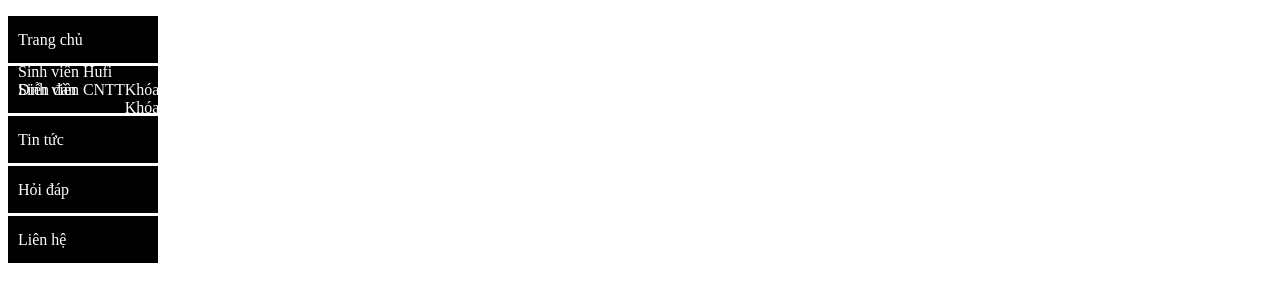
Repository: Tan-Khang21/TH_TKW--Buoi_08
Page: Bai_Tap_Tren_Lop/Bai_02_main/Bai_02_main.html
These files come from the project's save history. The page is drawn as it stood at one moment and after the next save; the edit follows.
The browser window is 1280 px wide. The pictures show the whole page.

Above is the page before, as saved 2024-03-13 16:08:26.

After the next save:
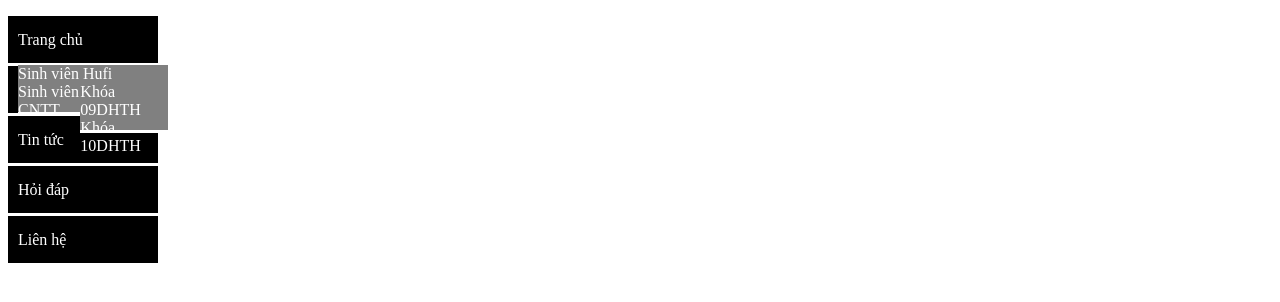
Saved 64 s later.
--- a/Bai_Tap_Tren_Lop/Bai_02_main/style.css
+++ b/Bai_Tap_Tren_Lop/Bai_02_main/style.css
@@ -18,6 +18,14 @@
   display: flex;
   align-items: center;
 }
+.list2,
+.list3 {
+  width: 150px;
+  height: 50px;
+  background-color: #808080;
+  color: white;
+  border-bottom: 3px solid #fff;
+}
 a {
   color: white;
   text-decoration: none;
